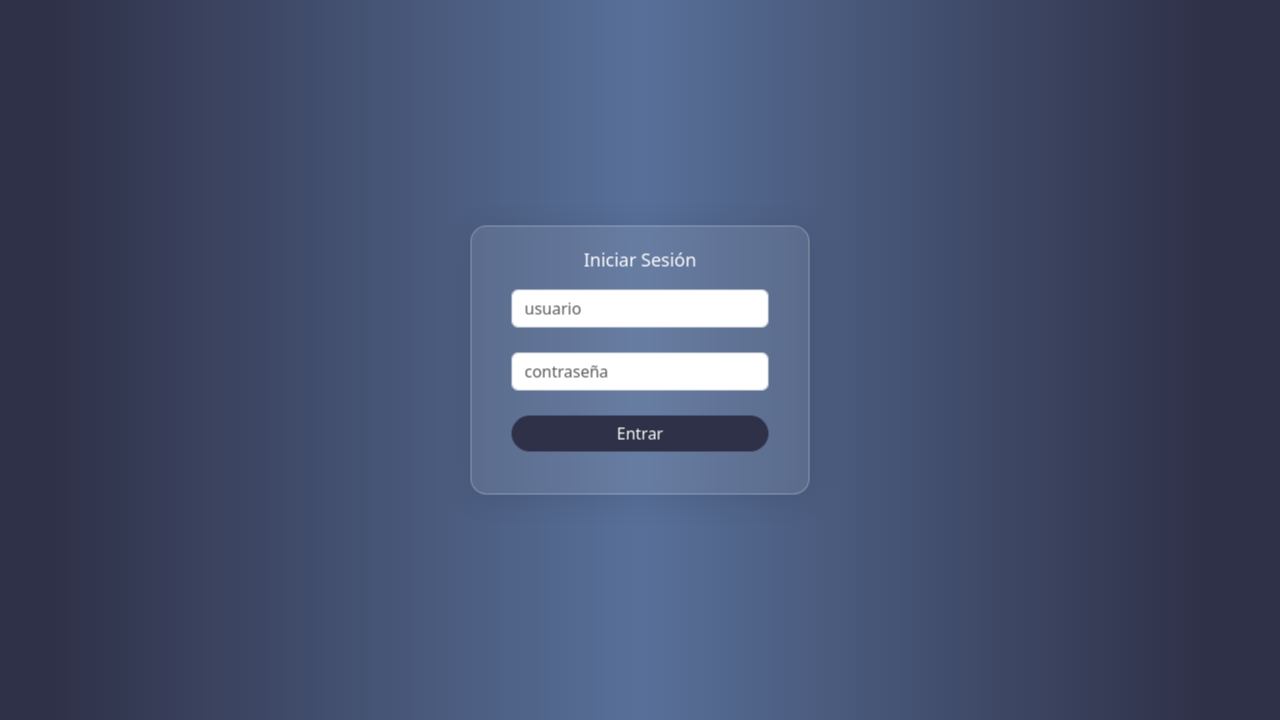
Repository: ingandresmolero/AdministrativoBarber
Page: http://localhost/
An editor plug-in stored every save of this project. The page is shown before and after the next save, followed by the edit.
The browser window is 1280 px wide. The pictures show the whole page.
The page is run by PHP 8.4 with error messages shown; the project is at /var/www/html/. Style sheets and scripts are compiled from the project's sources, by tool versions that may differ from the author's.

Above is the page before, as saved 2023-05-02 21:48:25.

### NEW/index.php
<?php include('php/login.php'); ?>
<!DOCTYPE html>
<html lang="en">

<head>
    <meta charset="UTF-8">
    <meta http-equiv="X-UA-Compatible" content="IE=edge">
    <meta name="viewport" content="width=device-width, initial-scale=1.0">
    <link href="https://cdn.jsdelivr.net/npm/bootstrap@5.3.0-alpha3/dist/css/bootstrap.min.css" rel="stylesheet" integrity="sha384-KK94CHFLLe+nY2dmCWGMq91rCGa5gtU4mk92HdvYe+M/SXH301p5ILy+dN9+nJOZ" crossorigin="anonymous">
    <link rel="stylesheet" href="css/styles.min.css">
    <title>Login</title>
</head>

<body class="login-page">
    <div class="box">
        <p>Iniciar Sesión</p>
        <form action="" method="post">

            <div class="mb-3 user">
                <!-- <label for="exampleInputEmail1" class="form-label">Usuario</label> -->
                <input type="text" class="form-control" name="usuario" id="exampleInputEmail1" aria-describedby="emailHelp" placeholder="usuario">

            </div>
            <div class="mb-3 password">
                <!-- <label for="exampleInputPassword1" class="form-label">Contraseña</label> -->
                <input type="password" class="form-control" name="passw" id="exampleInputPassword1" placeholder="contraseña">
            </div>

            <input class="submit-btn" type="submit" name="login" value="Entrar">
        </form>
    </div>
    <script src="https://cdn.jsdelivr.net/npm/bootstrap@5.3.0-alpha3/dist/js/bootstrap.bundle.min.js" integrity="sha384-ENjdO4Dr2bkBIFxQpeoTz1HIcje39Wm4jDKdf19U8gI4ddQ3GYNS7NTKfAdVQSZe" crossorigin="anonymous"></script>
</body>

</html>

### NEW/php/login.php
<?php


  include("dbconn.php");
  session_start();
  if(isset($_POST["login"])){

    if($_POST["usuario"]== "" or $_POST["passw"]==""){
        echo "<center><h1>Usuario y contrasena no deben estar vacios</h1></center>";

}else{
    $username =$_POST["usuario"];
    $passw=$_POST["passw"];
    $query=$conn->prepare("SELECT * FROM usuarios WHERE user='$username' and passw='$passw'");
    $query -> execute();
    $control=$query ->fetch();

    if($control>0){
        $rol = $control['rol'];
        $_SESSION["username"]=$username;
        $_SESSION["rol"] =$rol;
        header("Location:views/dashboard.php");

    }
    echo "<center><h1>Algun dato incorrecto.</h1></center>";
  }

}
?>

### NEW/php/dbconn.php
<?php
try{
    $user = "root";
    $passw = "";
    $conn=new PDO("mysql:host=localhost;dbname=gestionsys",$user,$passw);

}catch(PDOException $e){
    print "Error!: " . $e->getMessage()."<br/>";
    die();
}


?>

### NEW/scss/styles.scss
@import 'components/header';
@import 'components/dashboard';
@import 'components/table-style';
@import 'components/buttons';
@import 'components/navigation';
@import 'components/fonts';
@import 'components/login-page';

### NEW/scss/components/header.scss
nav {
    .navbar-brand img {
        max-width: 50px;
        display: block;
    }
}

### NEW/scss/components/dashboard.scss
.elements {
    display: flex;
    margin: 3rem 0;
    justify-content: center;
    flex-direction: column;

    @media (min-width: 767px) {
        gap: 30px;
        flex-direction: row;
    }

    .card {
        .card-title {
            text-align: center;
        }
        .btn {
            display: block;
            width: max-content;
            margin: 0 auto;
        }

        @media only screen and (min-width: 768px) and (max-width: 979px) {
            text-align: center;
        }

        @media only screen and (max-width: 767px) {
            width: 85%;
            margin: 0 auto 30px;

            &:last-child {
                margin-bottom: initial;
            }
        }
    }
}

### NEW/scss/components/table-style.scss
@import "variables";

.table-responsive-sm {
    margin-bottom: 3rem;
}
.table-style {
    box-shadow: 0 0 20px rgba(0, 0, 0, 0.15);
    thead {
        background-color: $accentColor;
    }

    tr {
        color: #fff;
        line-height: 35px;
    }

    tr th {
        width: 22px;
        max-width: 95px;
        &:first-child {
            border-top-left-radius: 10px;
        }
        &:last-child {
            border-top-right-radius: 10px;
        }

        @media only screen and (max-width: 767px) {
            font-size: 14px;
            text-align: center;
        }
    }

    tbody {
        font-weight: bold;
        th {
            color: $accentColor;
            padding: 12px 10px;
        }

        tr {
            color: $primaryColor;
            &:hover {
                background-color: #f3f3f3;
                color: $accentColor;
                transition: .3s;
                th {
                    color: $accentColor;
                    transition: .3s;
                }
            }

            .action {
                padding: 12px 0;
            }
        }

        td {
            padding: 12px 10px;
            line-height: 22px;
            vertical-align: baseline;
            @media only screen and (max-width: 767px) {
                text-align: center;
                font-size: 14px;
            }
        }
    }
}

### NEW/scss/components/variables.scss
$primaryColor:#587099;
$lightenPrimary: lighten($primaryColor, 20%) !important;
$accentColor: #2F3148;

### NEW/scss/components/buttons.scss
@import "variables";
.table-btn {
    background-color: $accentColor;
    border-radius: 30px;
    border: 1px solid $accentColor;
    color: #fff;
    display: inline-block;
    line-height: initial;
    padding: 5px 20px;
    text-decoration: none;
    transition: .3s;
    font-weight: normal;
    &:hover,
    &:active {
        color: #fff;
        background-color: transparent;
        color: $accentColor;
    }

    @media only screen and (max-width: 767px) {
        padding: 5px 14px;
        font-size: 14px;
    }
}

.btn-style-1 {
    background-color: $accentColor;
    border: 1px solid $accentColor;
    color: #fff;
    display: inline-block;
    padding: 7px 21px;
    text-decoration: none;
    transition: .3s;
    margin-bottom: 12px;
    line-height: 22px;
    &:hover,
    &:active {
        border: 1px solid $accentColor;
        background-color: transparent;
        color: $accentColor;
    }
}

.submit-btn {
    background-color: $accentColor;
    border: 1px solid $accentColor;
    color: #fff;
    display: inline-block;
    width: 100%;
    border-radius: 30px;
    height: 36px;
    text-decoration: none;
    transition: .3s;
    margin-bottom: 12px;
    line-height: 22px;
    &:hover,
    &:active {
        border: 1px solid $accentColor;
        background-color: transparent;
        color: #fff;
    }
}

### NEW/scss/components/navigation.scss
@import "variables";

nav .pagination {
    margin-bottom: 2rem;
    @media (min-width: 768px) {
        display: inline-block !important;
        text-align: center;
        width: 100%;
    }
    @media only screen and (max-width: 767px) {
        justify-content: center;
    }
    & > li {
        white-space: nowrap;
        display: inline-block;
        margin: 0 5px;

        &.active a {
            background-color: $accentColor;
            color: #fff;
            pointer-events: none;
            opacity: 0.89;
        }
        &.disabled a {
            background-color: $accentColor;
            color: #fff;
            opacity: 0.89;
        }
        .page-link {
            color: $accentColor;
            padding: 4px 20px;
            border-radius: 30px !important;
            border: 2px solid $accentColor;
            border-color: $accentColor;
            transition: .3s;
            &:hover {
               background-color: $accentColor;
               color: #fff;
            }
        }
    }

    .pnum {
        @media only screen and (max-width: 767px) {
            display: none;
        }
    }
}

### NEW/scss/components/fonts.scss
@import "variables";

.page-heading {
    padding: 3rem 0 2rem;
    text-align: center;
    color: $accentColor;
}

### NEW/scss/components/login-page.scss
@import "variables";

.login-page {
    background: rgb(47,49,72);
    background: linear-gradient(90deg, rgba(47,49,72,1) 4%, rgba(88,112,153,1) 50%, rgba(47,49,72,1) 94%);
    position: relative;
    background-color: #eee;
    height: 200px;

    .box {
        position: fixed;
        top: 50%;
        left: 50%;
        transform: translate(-50%, -50%);
        width: fit-content;
        min-width: 270px;
        margin: 0 auto;
        background-color: rgba(255,255,255,.09);
        padding: 20px 40px 30px;
        text-align: center;
        border-radius: 16px;
        box-shadow: 0 4px 30px rgba(0, 0, 0, 0.1);
        backdrop-filter: blur(5px);
        -webkit-backdrop-filter: blur(5px);
        border: 1px solid rgba(255, 255, 255, 0.3);

        p {
            font-size: 18px;
            color: white;
        }
    }

    .box form {
        width: fit-content;

        .user input,
        .password input {
            margin-bottom: 25px;
        }
    }
}

After the next save:
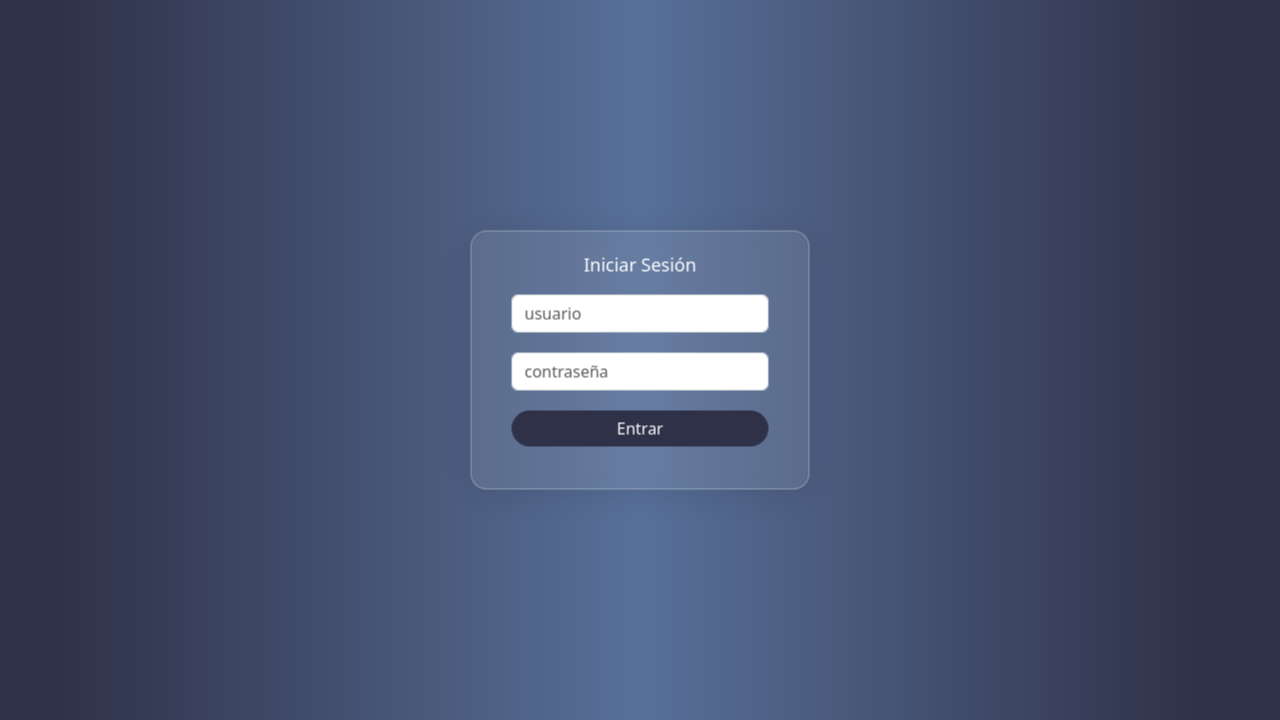
Saved 12 s later.
--- a/NEW/scss/components/login-page.scss
+++ b/NEW/scss/components/login-page.scss
@@ -35,7 +35,7 @@
 
         .user input,
         .password input {
-            margin-bottom: 25px;
+            margin-bottom: 20px;
         }
     }
 }
